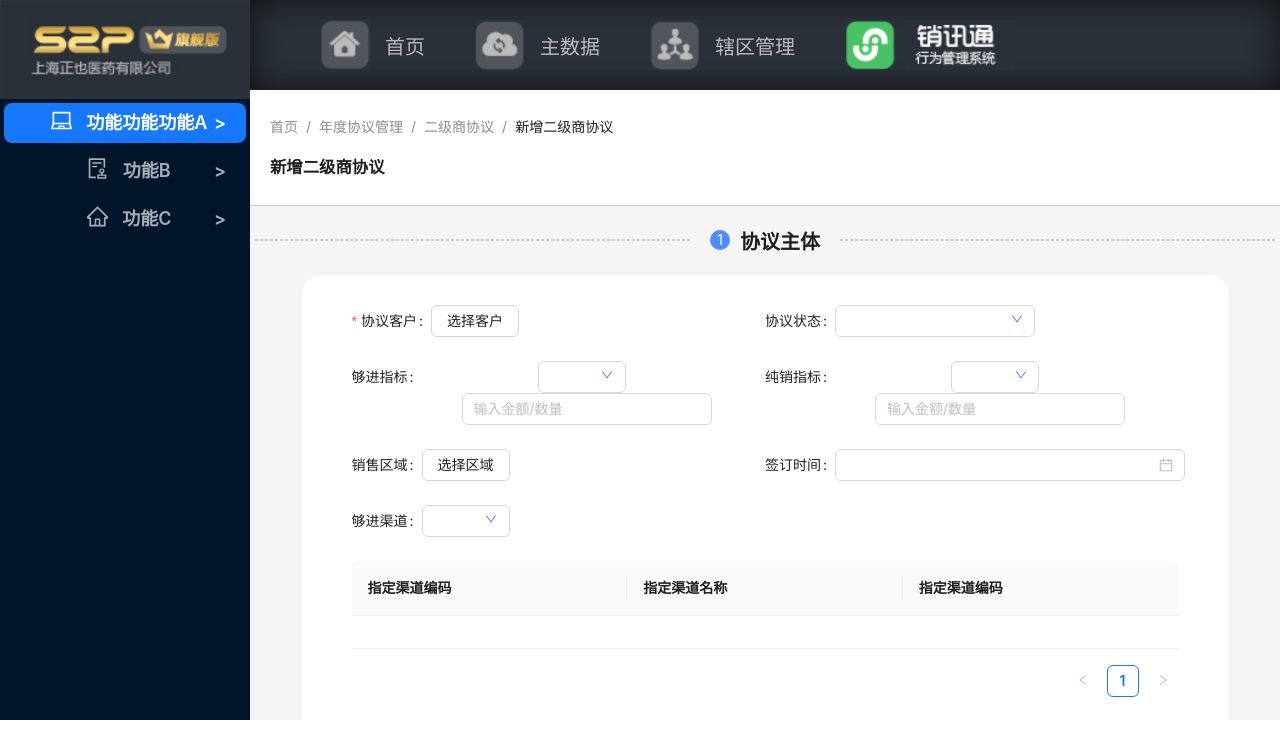
Repository: XiChips/questionB
Page: /
An editor plug-in stored every save of this project. The page is shown before and after the next save, followed by the edit.
The browser window is 1280 px wide. The pictures show the whole page.
The project was rebuilt for these pictures with package versions that can differ from the ones it lists, and the page was loaded fresh each time. Also part of the build but not shown: vue.config.js.

Above is the page before, as saved 2024-02-28 13:27:17.

After the next save:
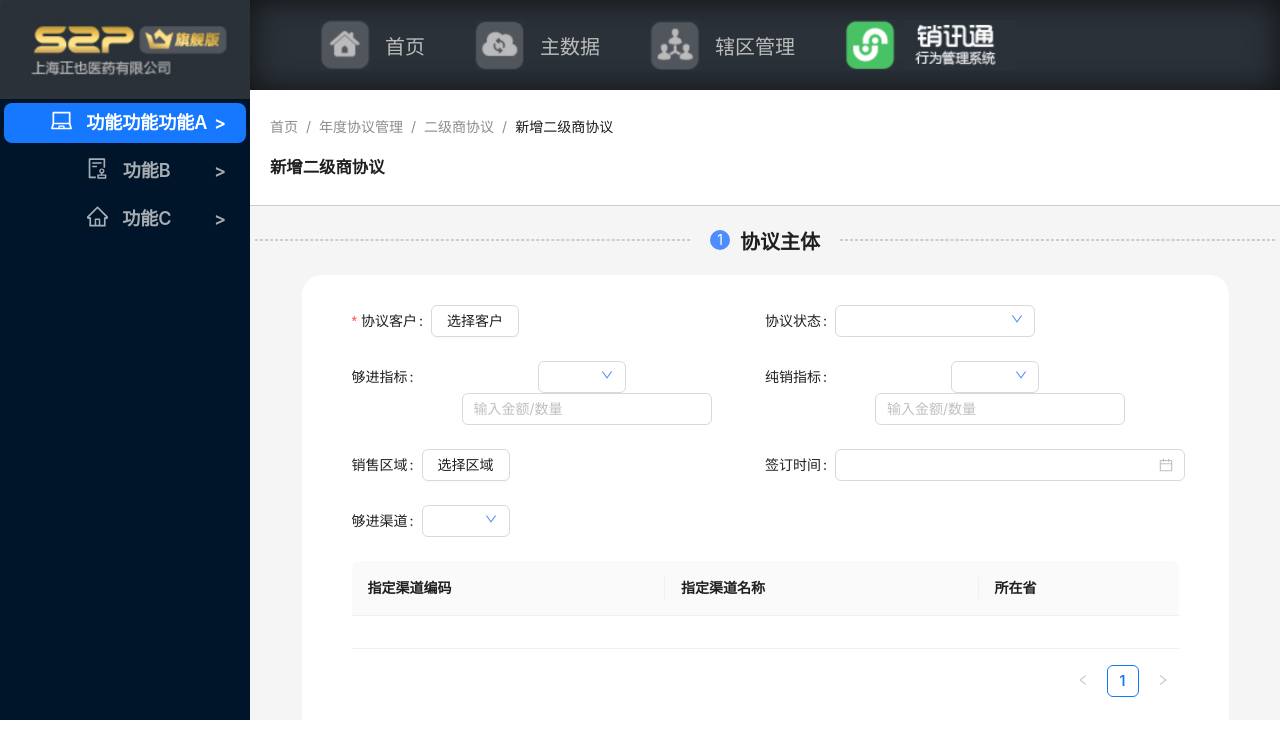
Saved 6 s later.
--- a/src/views/home.vue
+++ b/src/views/home.vue
@@ -214,7 +214,7 @@
           key: 'col2',
         },
         {
-          title: '指定渠道编码',
+          title: '所在省',
           dataIndex: 'col3',
           key: 'col3',
         }
